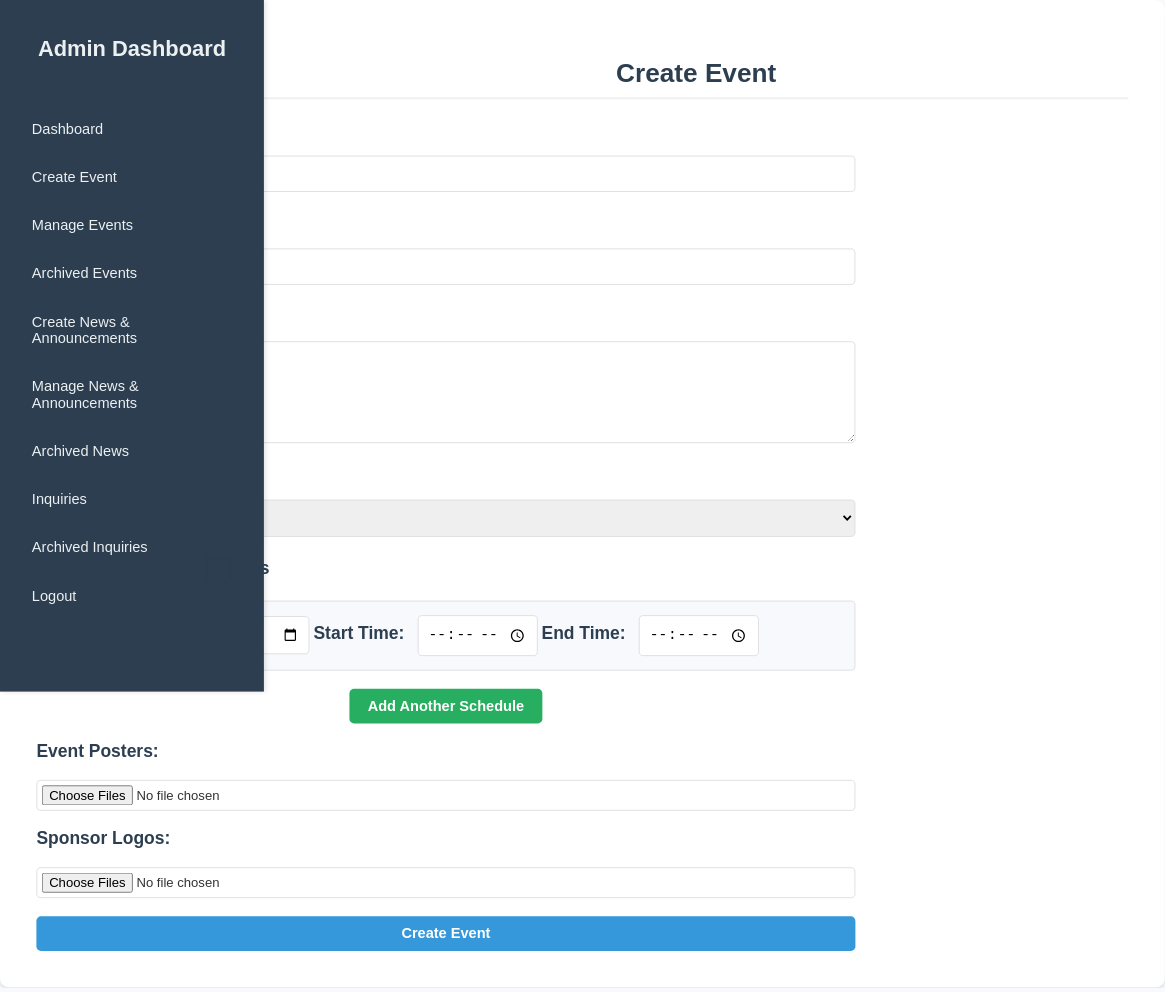
Repository: KharonKade/Capstone
Page: http://localhost/admin.html
The author's editor kept a copy of each file at every save. The page is drawn from the files as they stood at one save, then again after the next save.
The browser window is 1280 px wide. The pictures show the whole page, at 91% of full size.
The page is run by PHP 8.4 with error messages shown; the project is at /var/www/html/.

Above is the page before, as saved 2025-03-27 08:22:06.

After the next save:
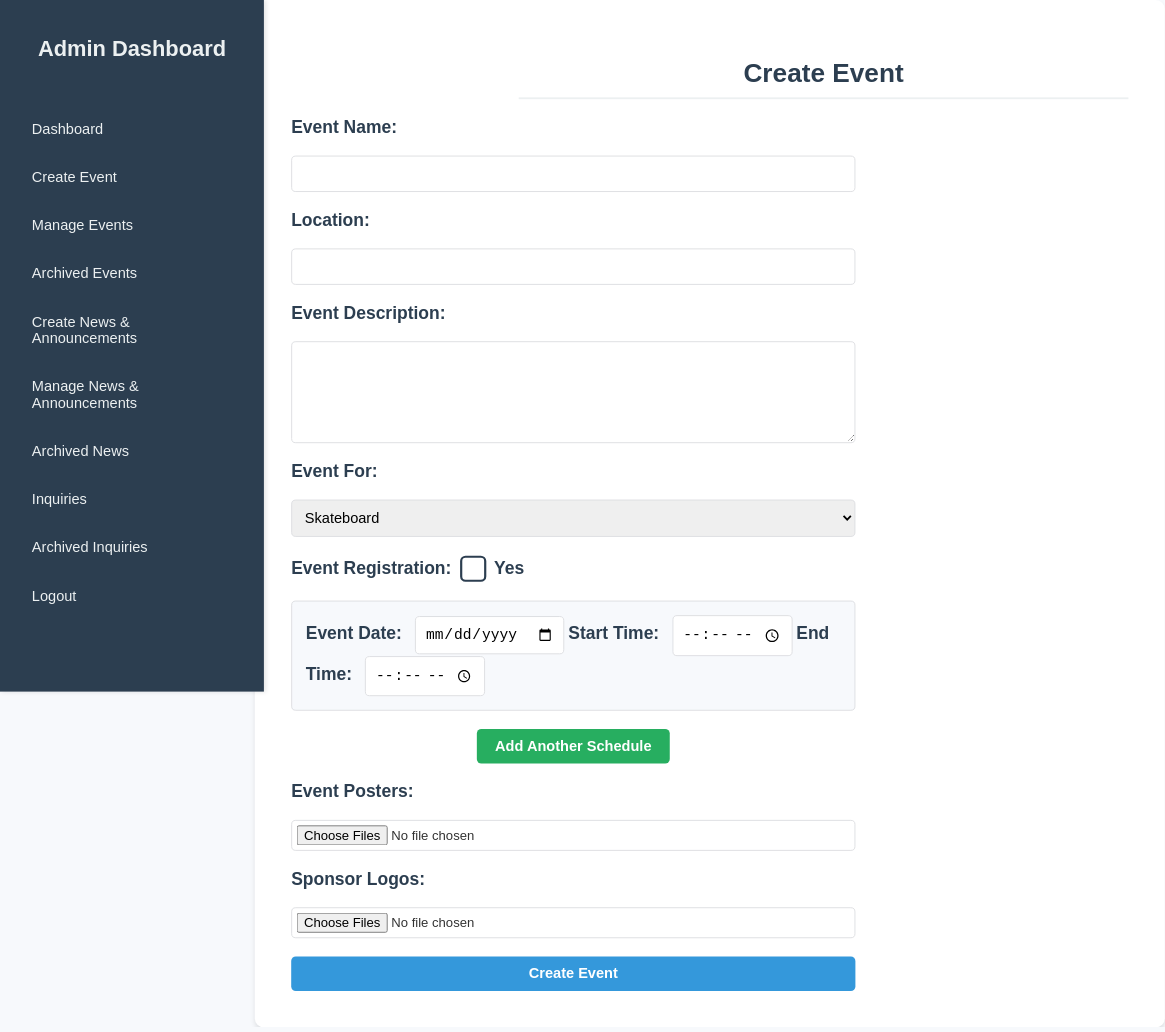
Saved 6 min 0 s later.
--- a/Css/admin.css
+++ b/Css/admin.css
@@ -63,6 +63,8 @@ body {
     background: #ffffff;
     border-radius: 10px;
     box-shadow: 0px 4px 6px rgba(0, 0, 0, 0.1);
+    margin-left: 280px;
+    align-items: center;
 }
 
 .content h2 {
